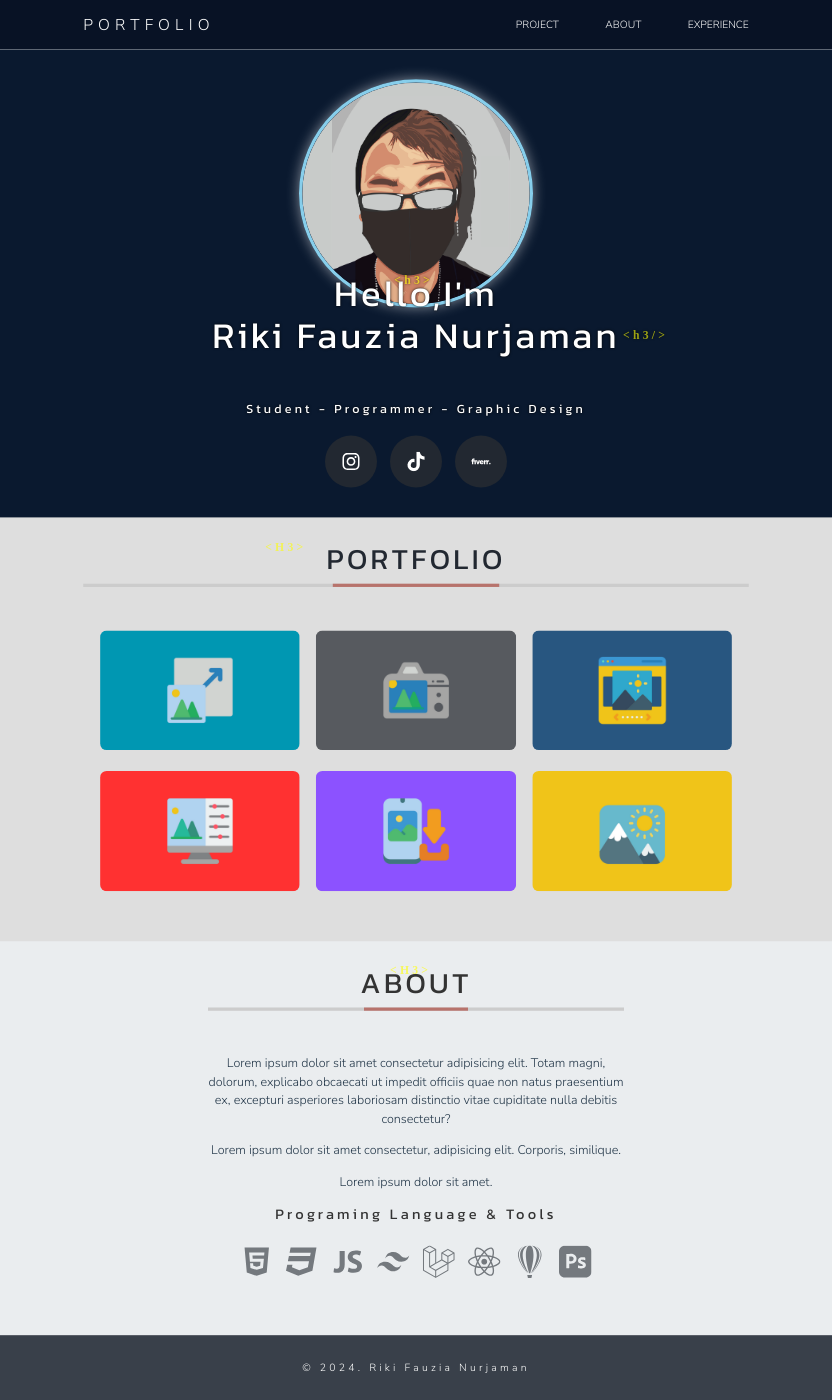
Repository: sellayspy/Portofolio
Page: /
The author's editor kept a copy of each file at every save. The page is drawn from the files as they stood at one save, then again after the next save.
The browser window is 1280 px wide. The pictures show the whole page, at 65% of full size.
The project was rebuilt for these pictures with package versions that can differ from the ones it lists, and the page was loaded fresh each time. Also part of the build but not shown: vite.config.js, src/styles/DetailPortfolio.css, src/components/ScrollToTop.jsx, src/pages/DetailPortfolio.jsx, src/pages/PagesNotFound.jsx, src/pages/Experience.jsx.

Above is the page before, as saved 2024-09-14 09:25:55.

### index.html
<!DOCTYPE html>
<html lang="en">
  <head>
    <meta charset="UTF-8" />
    <link rel="icon" type="image/svg+xml" href="/vite.svg" />
    <meta name="viewport" content="width=device-width, initial-scale=1.0" />
    <title>Portofolio RikiFN</title>
  </head>
  <body>
    <div id="root"></div>
    <script type="module" src="/src/main.jsx"></script>
  </body>
</html>

### src/App.jsx
import "./App.css";
import Home from "./pages/Home";
import DetailPortfolio from "./pages/DetailPortfolio";

import { BrowserRouter, Routes, Route } from "react-router-dom";
import PagesNotFound from "./pages/PagesNotFound";
import Experience from "./pages/Experience";

const App = () => {
  return (
    <BrowserRouter>
      <Routes>
        <Route path="/" element={<Home />} />
        <Route path="/portfolio/:id" element={<DetailPortfolio />} />
        <Route path="/experince" element={<Experience />} />
        <Route path="/pages-not-found" element={<PagesNotFound />} />
        <Route path="*" element={<PagesNotFound />} />
      </Routes>
    </BrowserRouter>
  );
};

export default App;

### src/App.css
/* Global */
@import url("https://fonts.googleapis.com/css2?family=Nunito+Sans:opsz,wght@6..12,300&display=swap");
@import url("https://fonts.googleapis.com/css2?family=Kanit&display=swap");

html,
body {
  margin: 0px;
  padding: 0px;
  font-size: 16px;
  font-family: "Nunito Sans", sans-serif;
  scroll-behavior: smooth;
  background-color: #dedede;
}
.wrapper {
  width: 1024px;
  margin: auto;
  padding: 20px 0px 20px 0px;
}

section {
  padding: 50px 0px 50px 0px;
}

.wrapper > h3,
.wrapper > h1 {
  text-align: center;
  font-size: 2.8rem;
  margin: 0px 0px 30px 0px;
  padding: 0px;
  font-family: "Kanit", sans-serif;
  color: #222831;
  letter-spacing: 5px;
  text-transform: uppercase;
  border-bottom: 5px solid #cccccc;
}
.wrapper > h3::after,
.wrapper > h1::after {
  content: "";
  display: block;
  border-bottom: 5px solid #aa392d;
  width: 25%;
  position: relative;
  bottom: -5px; /* your padding + border-width */
  margin: auto;
}

@media only screen and (max-width: 1000px) {
  .wrapper {
    width: 80%;
  }
}

### src/pages/Home.jsx
import About from "../components/About";
import Footer from "../components/Footer";
import Header from "../components/Header";
import Navbar from "../components/Navbar";
import Portfolio from "../components/Portfolio";

function Home() {
  return (
    <>
      <Navbar />
      <Header />
      <Portfolio />
      <About />
      <Footer />
    </>
  );
}

export default Home;

### src/components/About.jsx
import { FaHtml5 } from "react-icons/fa";
import { IoLogoJavascript } from "react-icons/io";
import { FaCss3 } from "react-icons/fa";
import { FaLaravel } from "react-icons/fa";
import { FaReact } from "react-icons/fa";
import { RiTailwindCssFill } from "react-icons/ri";
import { SiCoreldraw } from "react-icons/si";
import { SiAdobephotoshop } from "react-icons/si";
import "../styles/About.css";

const About = () => {
  return (
    <section id="about">
      <div className="wrapper">
        <h3>About</h3>
        <p>
          Lorem ipsum dolor sit amet consectetur adipisicing elit. Totam magni,
          dolorum, explicabo obcaecati ut impedit officiis quae non natus
          praesentium ex, excepturi asperiores laboriosam distinctio vitae
          cupiditate nulla debitis consectetur?
        </p>
        <p>
          Lorem ipsum dolor sit amet consectetur, adipisicing elit. Corporis,
          similique.
        </p>
        <p>Lorem ipsum dolor sit amet.</p>
        <h4>Programing Language & Tools</h4>
        <div className="skills">
          <FaHtml5 />
          <FaCss3 />
          <IoLogoJavascript />
          <RiTailwindCssFill />
          <FaLaravel />
          <FaReact />
          <SiCoreldraw />
          <SiAdobephotoshop />
        </div>
      </div>
    </section>
  );
};

export default About;

### src/components/Footer.jsx
import "../styles/Footer.css";

const Footer = () => {
  return <footer>&copy; 2024. Riki Fauzia Nurjaman</footer>;
};

export default Footer;

### src/components/Header.jsx
import profilePicture from "../assets/test.png";
import { FaInstagram } from "react-icons/fa";
import { FaTiktok } from "react-icons/fa";
import { SiFiverr } from "react-icons/si";
import "../styles/Header.css";
const Header = () => {
  return (
    <header>
      <div className="header-jumbotron">
        <img src={profilePicture} />
        <div className="header-text">
          <h3>
            Hello,I'm
            <br />
            Riki Fauzia Nurjaman
          </h3>
          <p>Student - Programmer - Graphic Design</p>
        </div>
        <div className="socialMedia">
          <a href="">
            <FaInstagram />
          </a>
          <a href="">
            <FaTiktok />
          </a>
          <a href="">
            <SiFiverr />
          </a>
        </div>
      </div>
    </header>
  );
};

export default Header;

### src/components/Navbar.jsx
import { FaBars } from "react-icons/fa6";
import { IoClose } from "react-icons/io5";
import "../styles/Navbar.css";
import { useState } from "react";
import { HashLink } from "react-router-hash-link";
import { Link } from "react-router-dom";

const Navbar = () => {
  const [statusTampil, setStatusTampil] = useState("");

  const tampilMenu = () => {
    if (statusTampil == "") {
      setStatusTampil("tampil");
    } else {
      setStatusTampil("");
    }
  };
  return (
    <nav>
      <div className="wrapper">
        <div className="logo">
          <Link to="/">Portfolio</Link>
        </div>
        <button onClick={tampilMenu}>
          {statusTampil == "" ? <FaBars /> : <IoClose />}
        </button>
        <div className={`menu ${statusTampil}`} onClick={tampilMenu}>
          <ul>
            <li>
              <HashLink to="/#portfolio">Project</HashLink>
            </li>
            <li>
              <HashLink to="/#about">About</HashLink>
            </li>
            <li>
              <Link to="/experince">Experience</Link>
            </li>
          </ul>
        </div>
      </div>
    </nav>
  );
};

export default Navbar;

### src/components/Portfolio.jsx
import { portfolioList } from "../data/DataPortfolio";

import { Link } from "react-router-dom";

import "../styles/Portfolio.css";

const Portfolio = () => {
  return (
    <section id="portfolio">
      <div className="wrapper">
        <h3>Portfolio</h3>
        <div className="grid">
          {portfolioList.map((item) => {
            return (
              <div className="item" key={item.id}>
                <Link to={`/portfolio/${item.id}`}>
                  <img src={item.image} />
                </Link>
              </div>
            );
          })}
        </div>
      </div>
    </section>
  );
};

export default Portfolio;

### src/data/DataPortfolio.jsx
import portfolio1 from "../assets/portfolio1.png";
import portfolio2 from "../assets/portfolio2.png";
import portfolio3 from "../assets/portfolio3.png";
import portfolio4 from "../assets/portfolio4.png";
import portfolio5 from "../assets/portfolio5.png";
import portfolio6 from "../assets/portfolio6.png";

export const portfolioList = [
  {
    id: "1",
    title: "Website Portofolio",
    image: portfolio1,
    skill: "html, css, javascript",
  },
  {
    id: "2",
    title: "Website Portofolio2",
    image: portfolio2,
    skill: "laravel, react, api, typescript, tailwind",
  },
  {
    id: "3",
    title: "Website Portofolio3",
    image: portfolio3,
    skill: "react, javascript, css, html",
  },
  {
    id: "4",
    title: "Website Portofolio4",
    image: portfolio4,
    skill: "reactjs, typescript, tailwind, nodejs",
  },
  {
    id: "5",
    title: "Desain Grafis Portofolio",
    image: portfolio5,
    skill: "adobephotoshop, coreldraw",
  },
  {
    id: "6",
    title: "Desain Grafis Portofolio2",
    image: portfolio6,
    skill: "adobephotoshop, coreldraw",
  },
];

### src/styles/About.css
#about {
  background-color: #eaedef;
  position: relative;
  font-size: 1.2rem;
}
#about > .wrapper {
  margin: auto;
  width: 50%;
}
#about > .wrapper > h3 {
  text-align: center;
  font-size: 2.8rem;
  margin: 0px 0px 30px 0px;
  padding: 0px;
  font-family: "Kanit", sans-serif;
  color: #333;
  letter-spacing: 5px;
  text-transform: uppercase;
}
#about > .wrapper > p {
  text-align: center;
}

#about > .wrapper > h4 {
  text-align: center;
  font-size: 1.4rem;
  margin: 0px 0px 20px 0px;
  padding: 0px;
  font-family: "Kanit", sans-serif;
  letter-spacing: 5px;
  color: #333;
}
.skills {
  text-align: center;
}
.skills > svg {
  display: inline-block;
  color: #74797e;
  width: 50px;
  height: auto;
  margin: 10px;
  cursor: pointer;
}

.skills > svg:hover {
  color: #aa392d;
}

@media only screen and (max-width: 1000px) {
  #about > .wrapper {
    width: 80%;
  }
}

### src/styles/Footer.css
footer {
  background-color: #39404a;
  text-align: center;
  line-height: 100px;
  color: #fff;
  letter-spacing: 5px;
}

### src/styles/Header.css
header {
  background-color: #0a192f;
  height: 100vh;
  background-position: center center;
  position: relative;
  font-family: "Kanit", sans-serif;
  letter-spacing: 5px;
  text-shadow: 0 0 4px #000;
}

.header-jumbotron {
  position: relative;
  top: 0;
  left: 0;
  display: flex;
  width: 100%;
  height: 100%;
  justify-content: center;
  align-items: center;
  flex-direction: column;
  text-align: center;
}

.header-jumbotron > img {
  width: 350px;
  border: 5px solid skyblue;
  border-radius: 100%;
  box-shadow: 0px 0px 20px rgba(255, 255, 255, 0.5);
}

@keyframes fadeIn {
  from {
    opacity: 0;
  }
  to {
    opacity: 1;
  }
}

h3 {
  color: #fff;
  margin: 10px 0px 0px 0px;
  padding: 0px;
  transform: translateY(-50%);
  font-size: 3.5rem;
  line-height: 4rem;

  &::before {
    content: "<h3>";
    font-family: "La Belle Aurore";
    color: yellow;
    font-size: 18px;
    position: absolute;
    margin-top: -20px;
    left: 17.5rem;
    opacity: 0.6;
  }

  &::after {
    content: "<h3/>";
    font-family: "La Belle Aurore";
    color: yellow;
    font-size: 18px;
    position: absolute;
    margin-top: 0px;
    margin-left: 5px;
    animation: fadeIn 1s 1.7s backwards;
    opacity: 0.6;
  }
}

.header-jumbotron > .header-text > p {
  padding: 5px;
  margin: 0px 5px 20px 5px;
  color: #fff;
  font-size: 1.2rem;
}
.socialMedia {
  color: #fff;
  display: flex;
  gap: 20px;
}

.socialMedia > a {
  background-color: #222831;
  color: #fff;
  width: 80px;
  height: 80px;
  border-radius: 50%;
  display: flex;
  justify-content: center;
  align-items: center;
}
.socialMedia > a > svg {
  height: 30px;
  width: auto;
}
.socialMedia > a:hover {
  background-color: #aa392d;
  box-shadow: 0px 0px 20px rgba(255, 255, 255, 0.5);
}

@media only screen and (max-width: 1000px) {
  .socialMedia > a {
    width: 60px;
    height: 60px;
  }

  .socialMedia > a > svg {
    height: 30px;
    width: auto;
  }
}

### src/styles/Navbar.css
nav {
  background-color: #081225;
  color: #fff;
  position: sticky;
  top: 0;
  z-index: 100;
  text-transform: uppercase;
}
nav > .wrapper {
  display: flex;
  justify-content: space-between;
  align-items: center;
}

.menu {
  width: 35%;
}

.logo {
  display: flex;
  align-items: center;
}
.logo > a {
  color: #fff;
  text-decoration: none;
  font-size: 1.5rem;
  font-weight: 900;
  letter-spacing: 8px;
}
.menu > ul {
  display: flex;
  list-style-type: none;
  margin: 0px;
  padding: 0px;
  justify-content: space-between;
  font-weight: bold;
}

.menu > ul > li:hover {
  border-bottom: 3px solid yellow;
}

.menu > ul > li > a {
  text-decoration: none;
  color: #fff;
}
nav > .wrapper > button {
  cursor: pointer;
  display: none;
  position: absolute;
  right: 10px;
  top: 10px;
  border: 0px;
  background-color: transparent;
  padding: 0px;
}
nav > .wrapper > button > svg {
  color: #fff;
  font-size: 50px;
}
@media only screen and (max-width: 1000px) {
  .menu > ul {
    display: none;
  }
  .menu.tampil > ul {
    display: inline;
  }
  .menu {
    text-align: right;
  }
  nav > .wrapper > button {
    display: inline;
  }
  .menu > ul {
    flex-direction: column;
    background-color: #060d1c;
    width: 100%;
    position: fixed;
    top: 70px;
    left: 0;
  }
  .menu > ul > li {
    text-align: left;
    cursor: pointer;
  }
  .menu > ul > li > a {
    display: inline-block;
    padding: 15px 20px 15px 50px;
    width: 100%;
  }
  .menu > ul > li > a:hover {
    background-color: #000;
  }
}

### src/styles/Portfolio.css
.grid {
  display: grid;
  grid-template-columns: 30% 30% 30%;
  grid-gap: 25px;
  justify-content: center;
}

.grid > .item > a > img {
  width: 100%;
  border-radius: 10px;
}

@media only screen and (max-width: 1000px) {
  .grid {
    grid-template-columns: 45% 45%;
  }
}

Loaded but not shown: src/main.jsx (common file); src/index.css (common file)

After the next save:
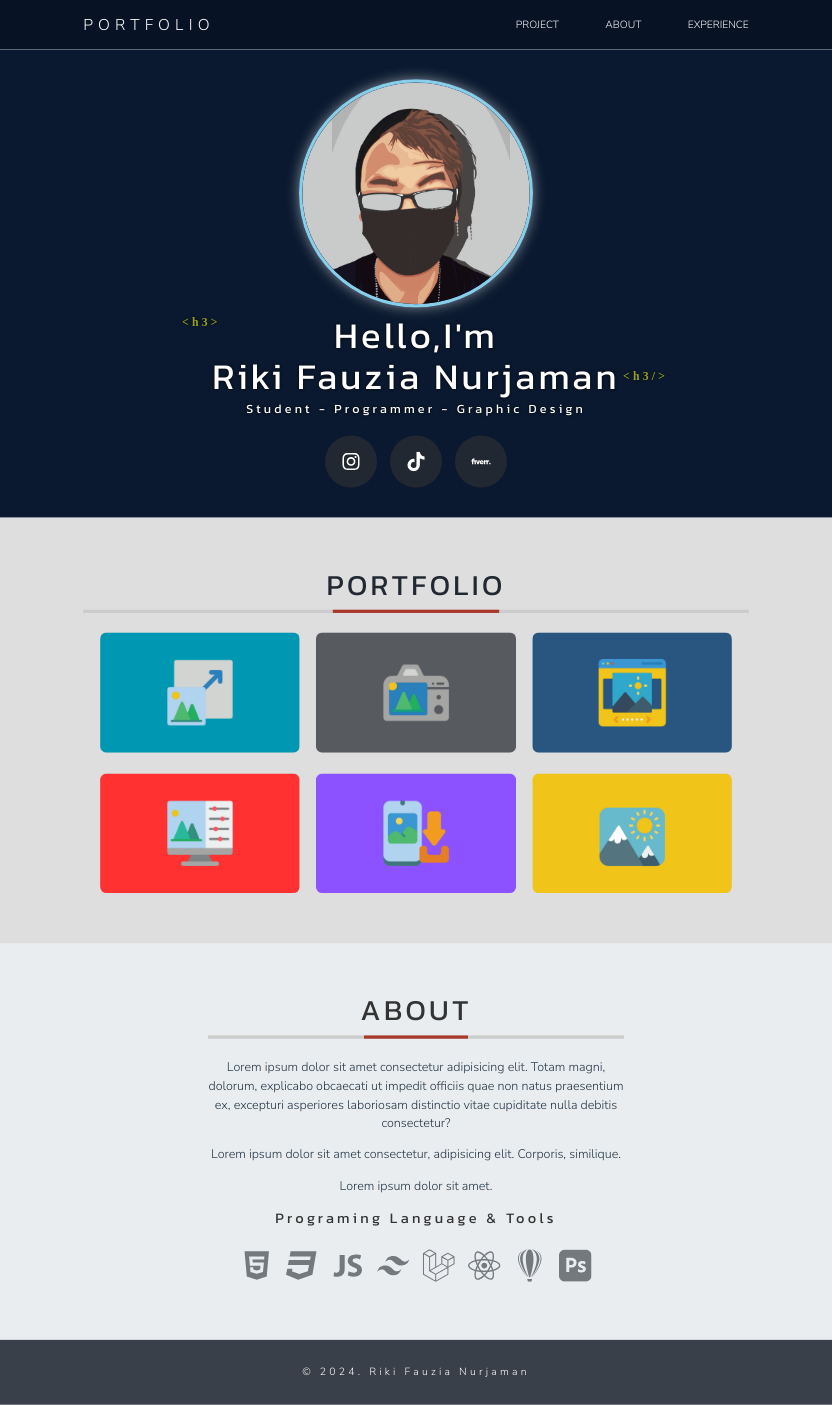
Saved 20 s later.
--- a/src/styles/Header.css
+++ b/src/styles/Header.css
@@ -37,11 +37,10 @@ header {
   }
 }
 
-h3 {
+.header-jumbotron > .header-text > h3 {
   color: #fff;
   margin: 10px 0px 0px 0px;
   padding: 0px;
-  transform: translateY(-50%);
   font-size: 3.5rem;
   line-height: 4rem;
 
